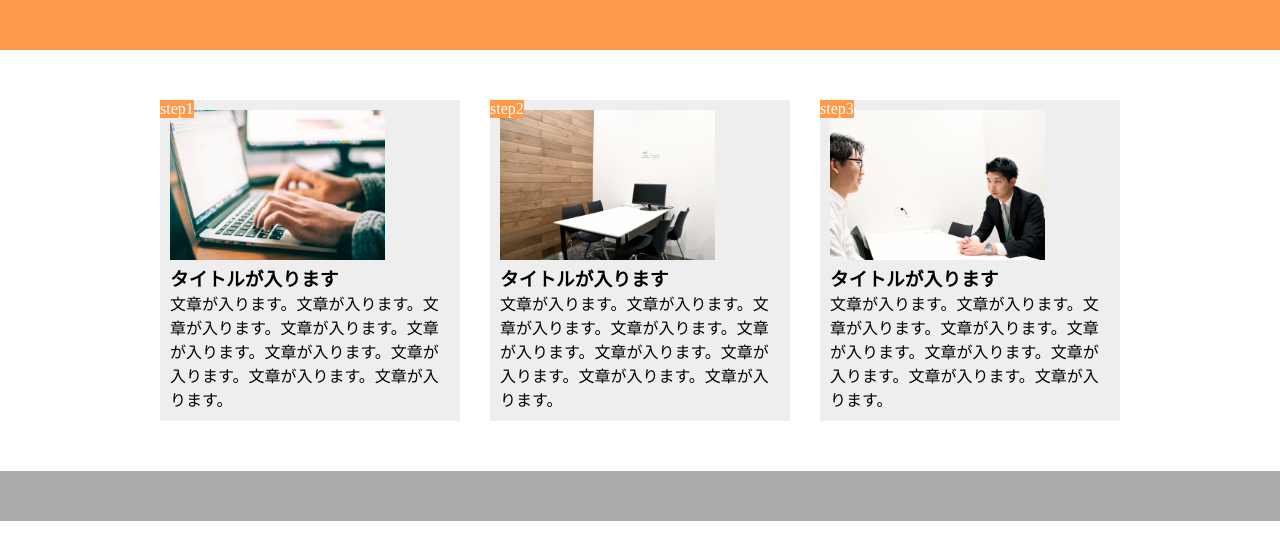
Repository: nashiworio1011/git-kadi1
Page: ennsyuu/chapter9.html
The author's editor kept a record of every edit. The page is drawn from the files as they stood at one moment, then again after the next edit.
The browser window is 1280 px wide. The pictures show the whole page.

Above is the page before.

After the next edit:
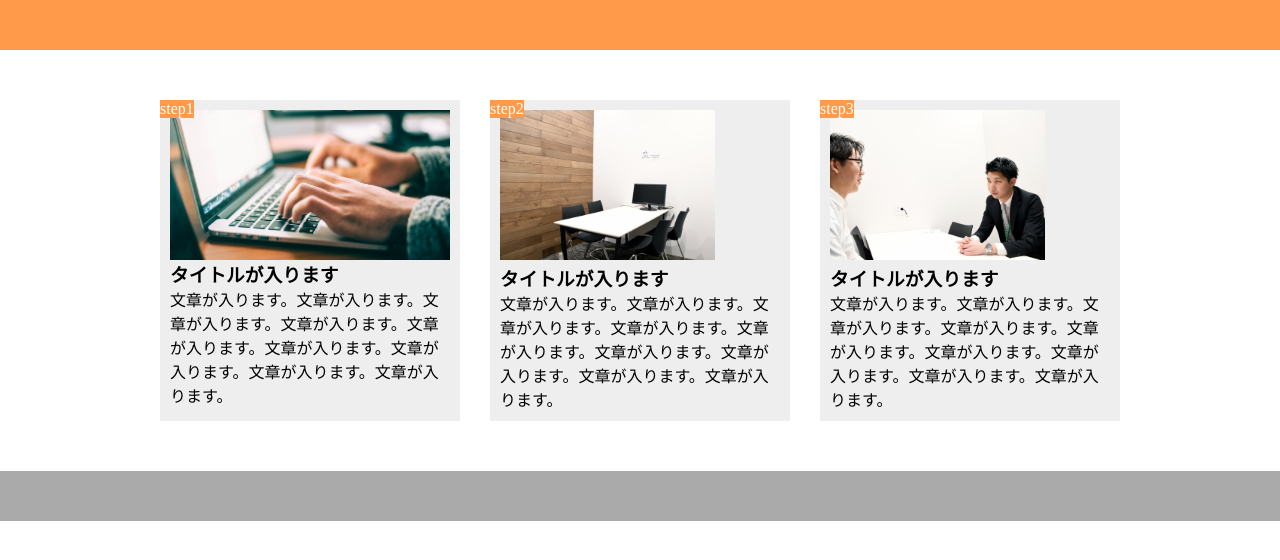
The edit:
--- a/ennsyuu/chapter9.html
+++ b/ennsyuu/chapter9.html
@@ -11,7 +11,7 @@
     <main>
       <div class="stepbox">
         <div class="step-num">step1</div>
-        <img class="step-img1" src="img/flow01.png">
+        <div class="step-img1"></div>
         <h3>タイトルが入ります</h3>
        <p>文章が入ります。文章が入ります。文章が入ります。文章が入ります。文章が入ります。文章が入ります。文章が入ります。文章が入ります。文章が入ります。</p>
       </div>
